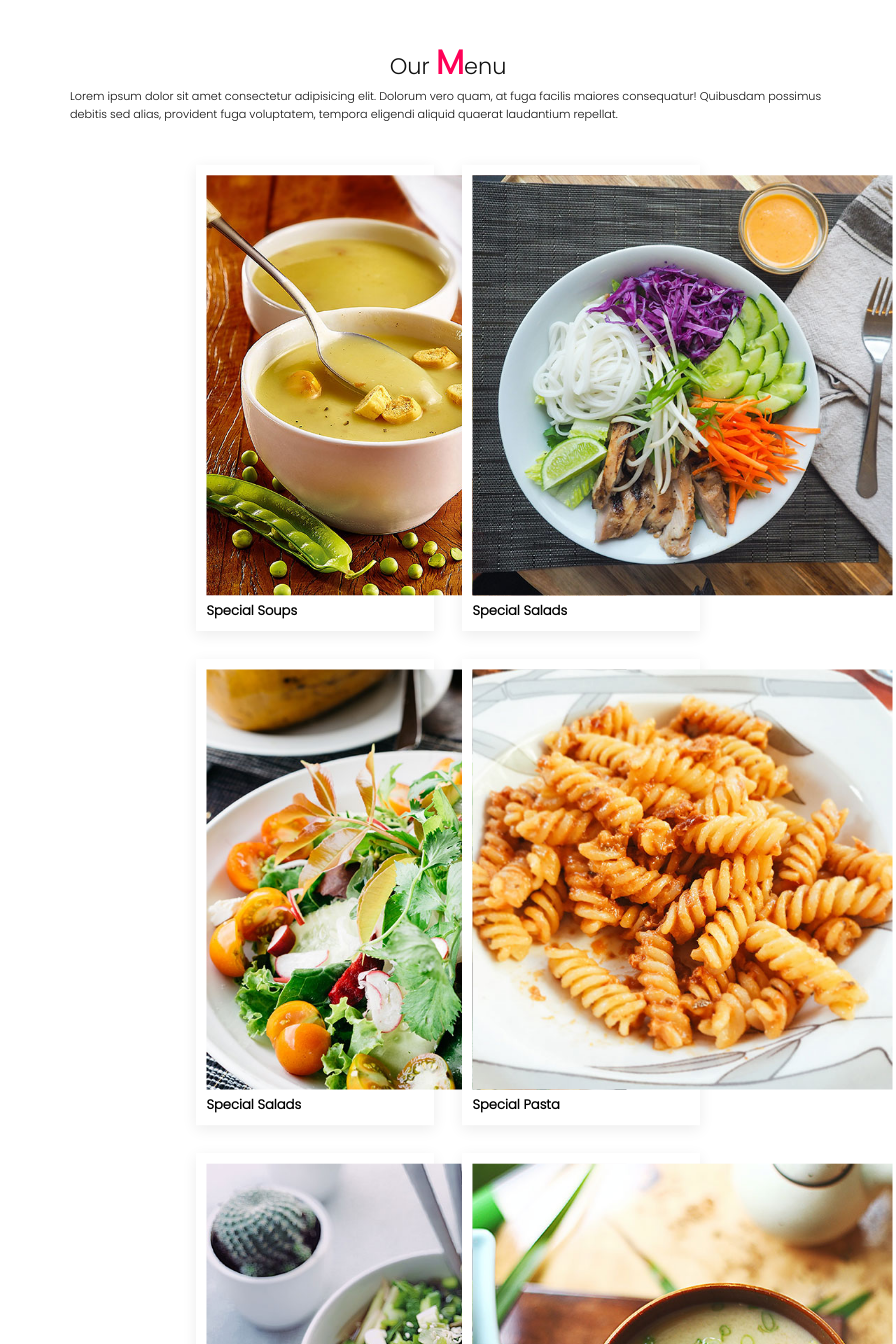
Repository: Adriandias1997/MobileFriendly_FoodWebsite
Page: index.html
The author's editor kept a copy of each file at every save. The page is drawn from the files as they stood at one save, then again after the next save.
The browser window is 1280 px wide. The pictures show the part of the page from y = 1339 to 3259 px (the page is 3817 px tall before and 2896 px after), at 70% of full size.

Above is the page before, as saved 2020-10-16 16:34:09.

After the next save:
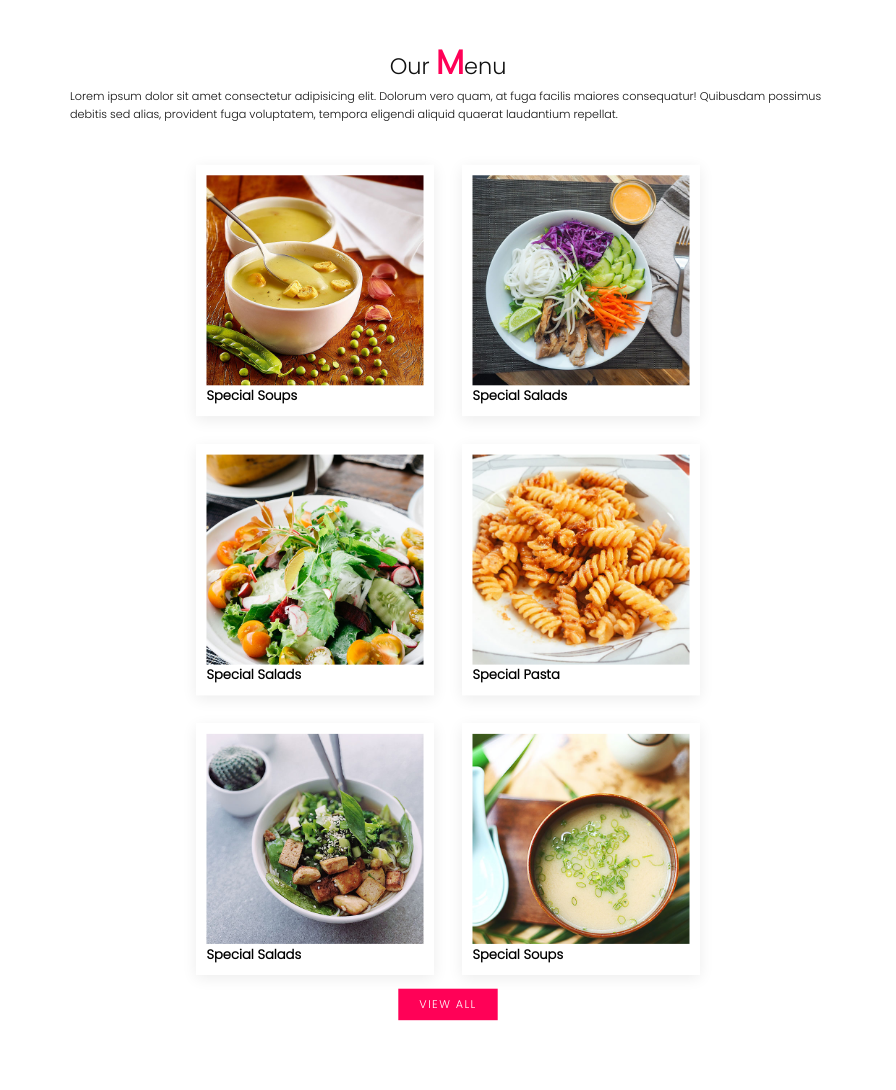
Saved 96 s later.
--- a/style.css
+++ b/style.css
@@ -186,3 +186,17 @@ section {
     border: 15px solid #fff;
     box-shadow: 0 5px 20px rgba(0, 0, 0, 0.08);
 }
+
+.menu .content .box .imgBx {
+    position: relative;
+    width: 100%;
+    height: 300px;
+}
+
+.menu .content .box .imgBx img {
+    position: absolute;
+    top: 0;
+    left: 0;
+    width: 100%;
+    height: 100%;
+}
